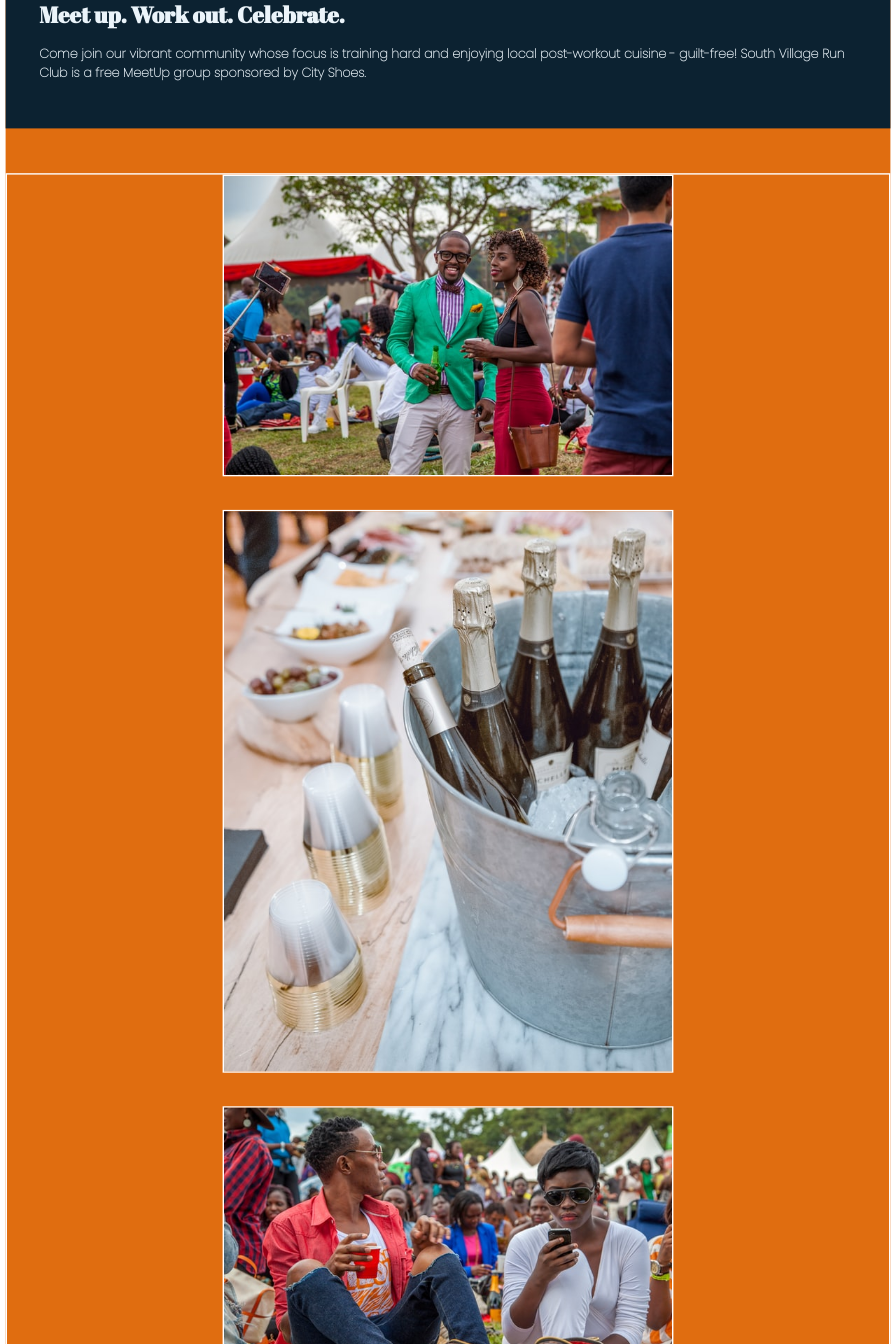
Repository: lastbronx41/lastbronx41.github.io
Page: starting/index.html
The author's editor kept a copy of each file at every save. The page is drawn from the files as they stood at one save, then again after a run of saves.
The browser window is 1280 px wide. The pictures show the part of the page from y = 1078 to 2998 px (the page is 3116 px tall), at 70% of full size.
Some web fonts or font styles are not loaded; a fallback is used.

Above is the page before, as saved 2022-07-19 05:05:38.

### starting/index.html
<!DOCTYPE html>

<html>
	<head>
		<meta charset="utf-8" />
		<title>Our Club</title>
		<link rel="stylesheet" href="./styles.css" type="text/css" />
		<link rel="preconnect" href="https://fonts.googleapis.com" />
		<link rel="preconnect" href="https://fonts.gstatic.com" crossorigin />
		<link
			href="https://fonts.googleapis.com/css2?family=Abril+Fatface&family=Slabo+13px&family=Space+Mono&display=swap"
			rel="stylesheet"
		/>
		<link rel="preconnect" href="https://fonts.googleapis.com" />
		<link rel="preconnect" href="https://fonts.gstatic.com" crossorigin />
		<link
			href="https://fonts.googleapis.com/css2?family=Abril+Fatface&family=Poppins:wght@100&family=Slabo+13px&family=Space+Mono&display=swap"
			rel="stylesheet"
		/>
	</head>

	<body>
		<div class="header">
			<div id="title">West End Club</div>
			<div>
				<ul class="links">
					<a href>
						<li class="nav">Events</li>
					</a>
					<a href>
						<li class="nav">Partners</li>
					</a>
					<a href>
						<li class="nav">About Us</li>
					</a>
				</ul>
			</div>
		</div>

		<div id="cover-photo">
			<img src="./resources/cover-photo.jpg" />
			<div class="main-text">
				<h1>Meet up. Work out. Celebrate.</h1>
				<p>
					Come join our vibrant community whose focus is training hard and
					enjoying local post-workout cuisine - guilt-free! South Village Run
					Club is a free MeetUp group sponsored by City Shoes.
				</p>
			</div>
			<div class="other-pics">
				<img src="./resources/1.jpg" />
				<img src="./resources/2.jpg" />
				<img src="./resources/3.jpg" />
			</div>
		</div>
	</body>
</html>

### starting/styles.css
.header {
   display: flex;
   justify-content: space-around;
   background-color: #E06D10;
   align-items: center;
   padding: 1rem
}

#title {
   font-size: 55px;
   font-family: 'Abril Fatface', cursive;
}

.links, .links a {
   display: inline-flex;
   flex-wrap: wrap;
   justify-content: flex-end;
   list-style-type: none;
   gap: 1rem;
   text-decoration-line: none;
}

.nav {
   font-size: 22px;
   font-family: 'Poppins', sans-serif;
   font-weight: bolder;
   border-radius: 34%;
   padding: 0.4rem 0.8rem;
   color: #EBF4FA;
}

.nav:hover {
   color: #E06D10;
   background-color: black;
}

#cover-photo {
   display: flex;
   flex-direction: column;
   background-color: #E06D10;
}

#cover-photo img {
   max-width: 100%;
}
.main-text {
   background-color: #0C2231;
   color: #EBF4FA;
   margin: 3rem auto;
   padding: 3rem 3rem 3rem 3rem;
}

.main-text h1 {
   font-family: 'Abril Fatface', cursive;
}

.main-text p {
   font-family: 'Poppins', sans-serif;
   font-size: 18px;
   font-weight: bolder;
}

.other-pics {
   display: flex;
   justify-content: center;
   flex-wrap: wrap;
   flex-direction: row;
   margin: 1rem auto;
   gap: 3rem;
   border: 2px solid white;
}

.other-pics img {
   max-width: 100%;
   border: 2px solid white;
}

After the next 2 saves:
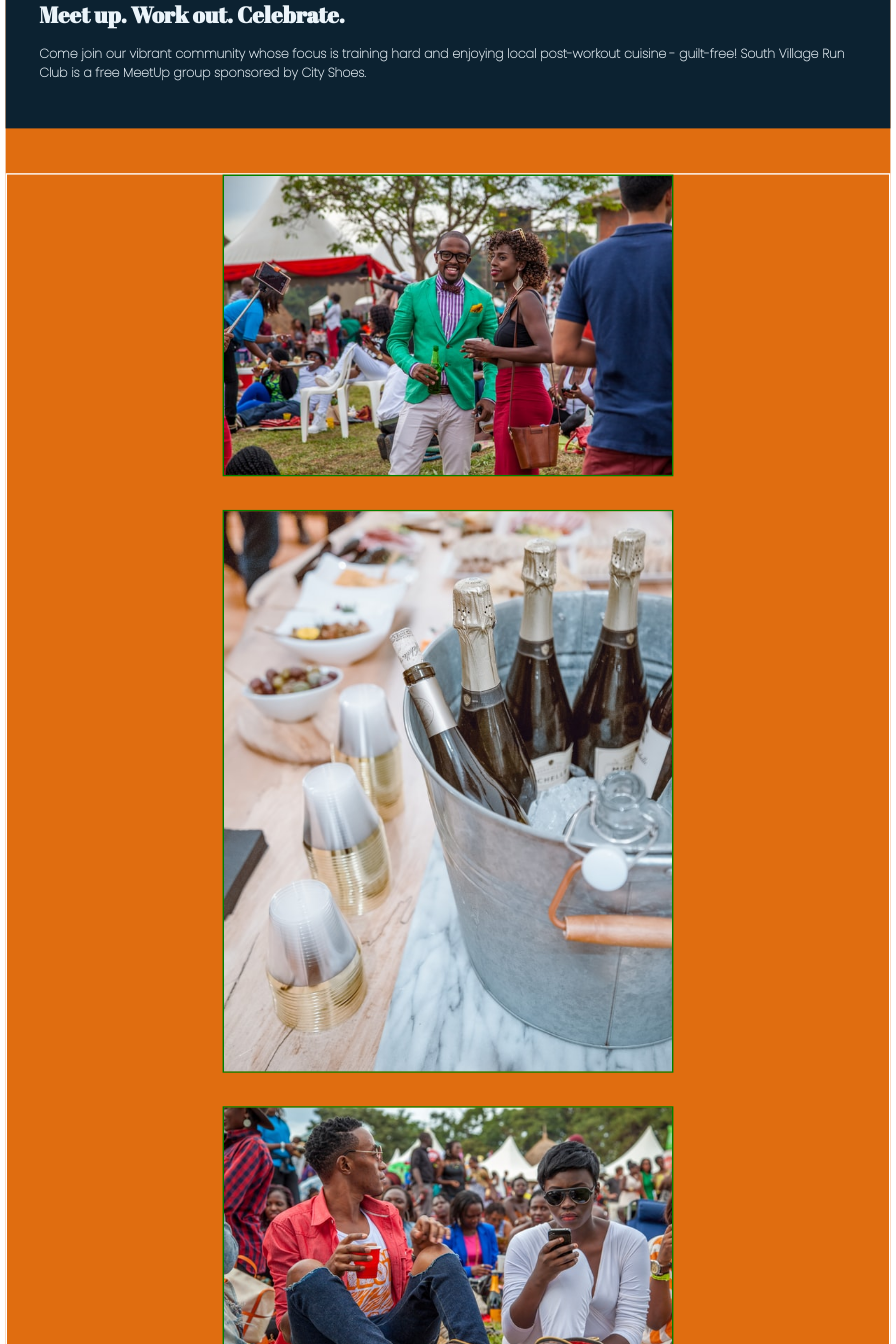
The 2 saves are shown as one change because they came seconds apart.
The last was saved 7 s later.
--- a/starting/styles.css
+++ b/starting/styles.css
@@ -72,5 +72,5 @@
 
 .other-pics img {
    max-width: 100%;
-   border: 2px solid white;
+   border: 2px solid green;
 }
